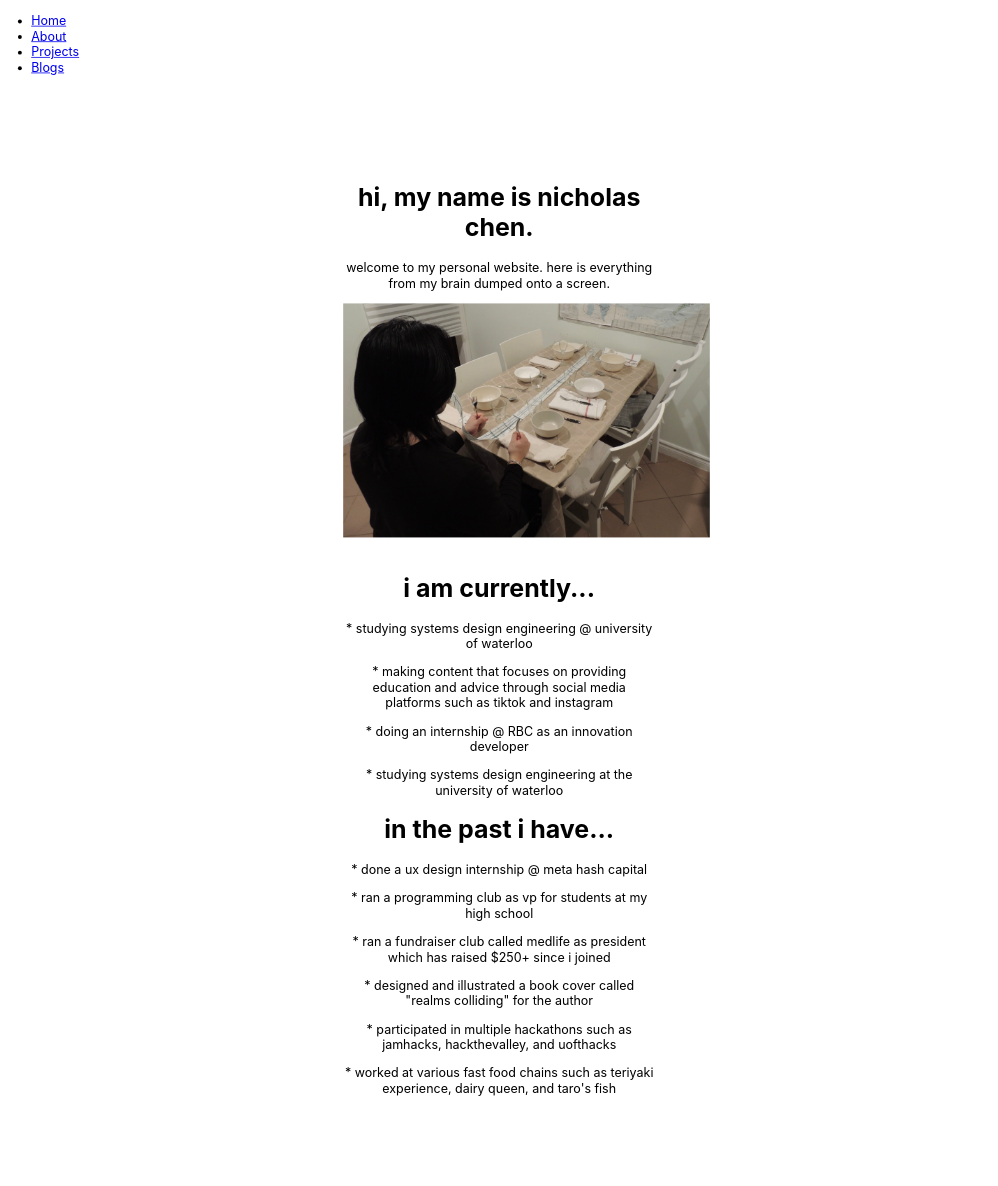
Repository: nicholaschen09/personalWebsite
Page: /
The author's editor kept a copy of each file at every save. The page is drawn from the files as they stood at one save, then again after the next save.
The browser window is 1280 px wide. The pictures show the whole page, at 78% of full size.
The project was rebuilt for these pictures with package versions that can differ from the ones it lists, and the page was loaded fresh each time. Also part of the build but not shown: src/components/About.css, src/components/About.js, src/components/Projects.css, src/components/Projects.js, src/components/Blog.css, src/components/Blog.js, src/components/Miscellaneous.css, src/components/Miscellaneous.js and 4 more.

Above is the page before, as saved 2024-05-23 13:44:13.

After the next save:
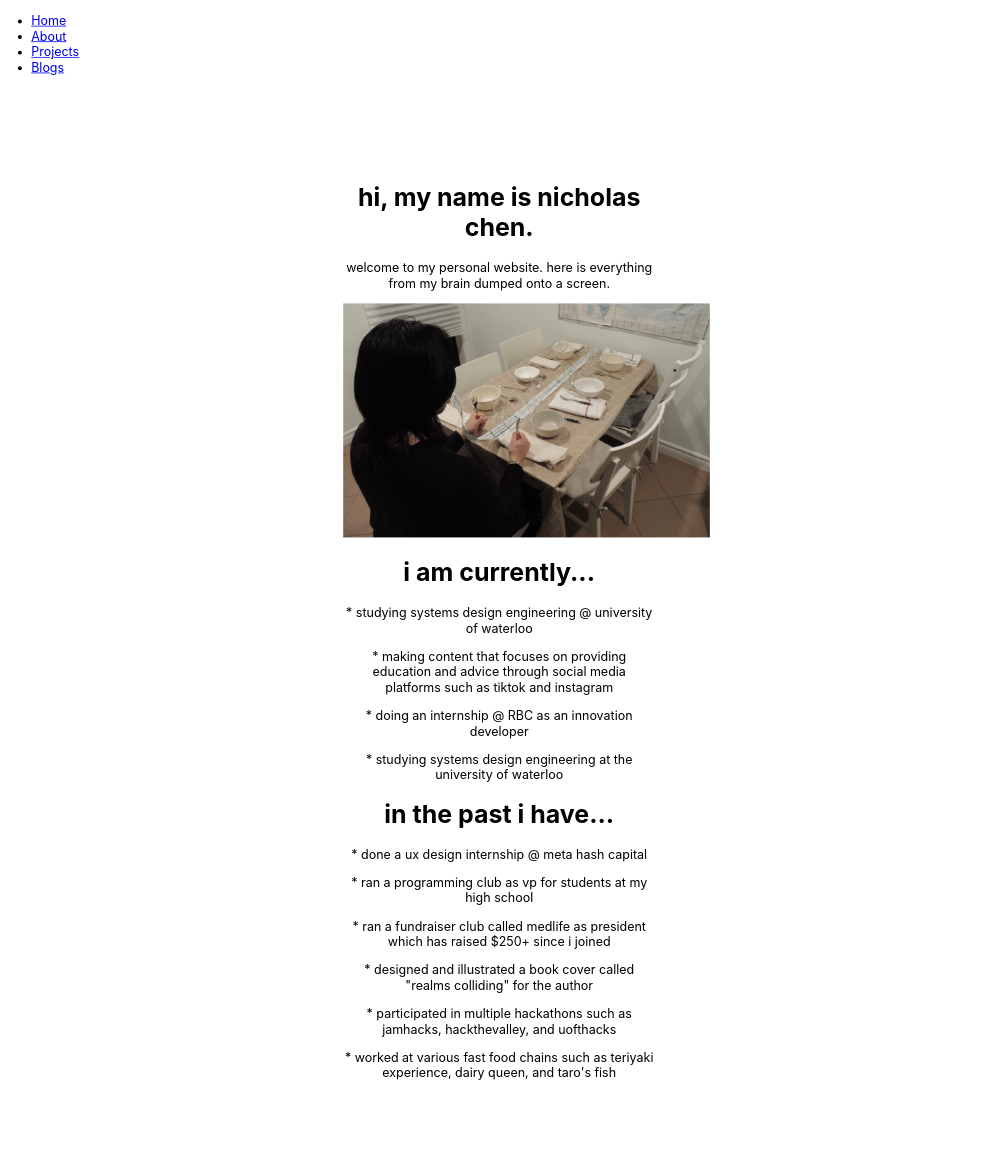
Saved 11 s later.
--- a/src/components/Home.css
+++ b/src/components/Home.css
@@ -9,7 +9,6 @@
 .DinnerImage {
     width: 470px;
     height: 300px;
-    margin-bottom: 20px;
     margin-left: auto;
     margin-right: auto;
 }
